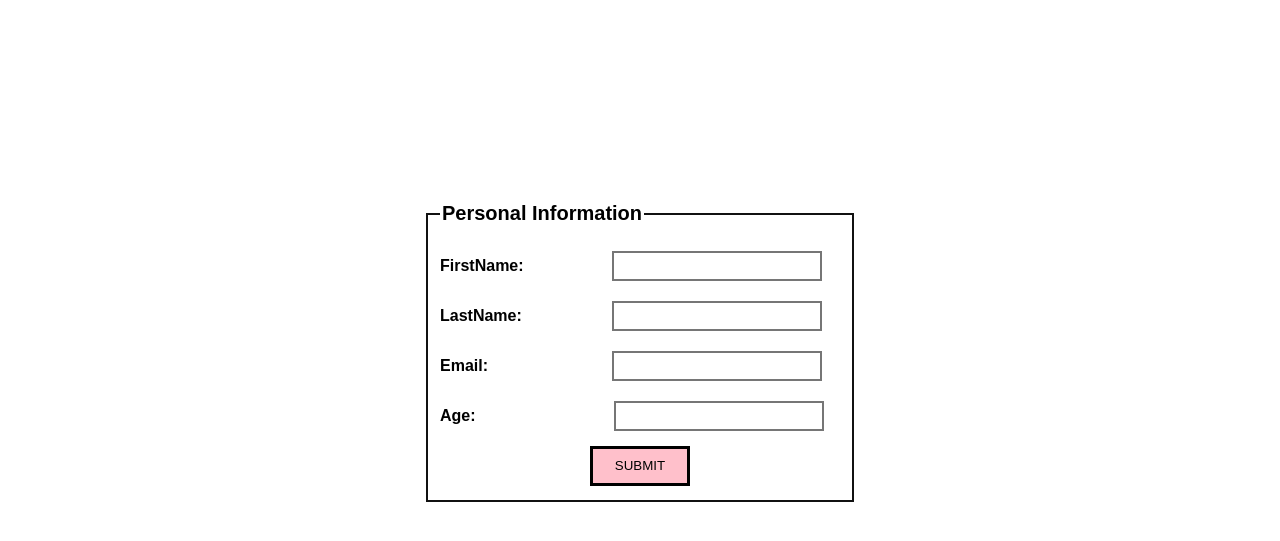
Repository: Femi007-gh/Legend
Page: index.html
An editor plug-in stored every save of this project. The page is shown before and after a run of saves, followed by the edit.
The browser window is 1280 px wide. The pictures show the whole page.

Above is the page before, as saved 2025-04-05 08:10:41.

### index.html
<html>
  <head>
    <title>LEGEND</title>
    <link rel="stylesheet" href="style.css">
  </head>
  <body>
    <form>
      <fieldset class="field">
        <legend class="ld">Personal Information</legend>
        <label class="first">FirstName:</label>
        <input type="text" class="FN"><br>

        <label class="last">LastName:</label>
        <input type="text" class="LN"> <br>

        <label class="mail">Email:</label>
        <input type="text" class="email"> <br>

        <label class="yourage">Age:</label>
        <input type="text" class="age"> <br>
         <a href="index2.html">
          <button class="sub" type="button">SUBMIT</button>
        </a>
      </fieldset>
    </form>
  </body>
</html>

### style.css
body {
  font-family:Arial, Helvetica, sans-serif;
  font-weight: bold;
  display: flex;
  justify-content: center;
  align-items: center;
  background-color: n;
}

.ld {
  font-size: 20px;
}

.field {
  border: 2px solid #111;
  width: 400px;
  height: 280px;
}

.FN {
  margin-top: 20px;
  margin-left: 84px;
  border-style: solid;
  height: 30px;
  width: 210px;
}

.LN {
  margin-top: 20px;
  margin-left: 86px;
  border-style: solid;
  height: 30px;
  width: 210px;
}

.email {
  margin-top: 20px;
  margin-left:120px;
  height: 30px;
  border-style: solid;
  width: 210px;
}

.age {
  margin-top: 20px;
  margin-left: 134px;
  border-style: solid;
  height: 30px;
  width: 210px;
}

input {
  background-color: white;
}

.sub {
  height: 40px;
  width: 100px;
  margin-left: 150px;
  margin-top: 15px;
  border: none;
  background-color: pink;
  border-style: solid;
  cursor: pointer;
}

.sub:hover {
  background-color: blue;
}

After the next 2 saves:
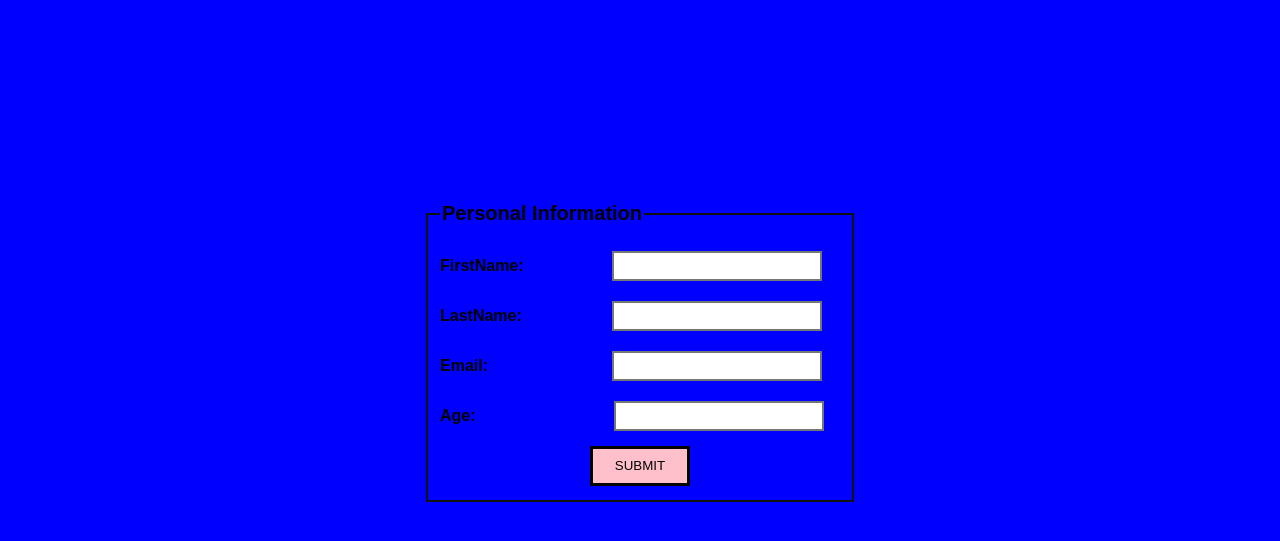
The 2 saves are shown as one change because they came seconds apart.
The last was saved 6 s later.
--- a/style.css
+++ b/style.css
@@ -4,7 +4,7 @@ body {
   display: flex;
   justify-content: center;
   align-items: center;
-  background-color: n;
+  background-color: blue;
 }
 
 .ld {
